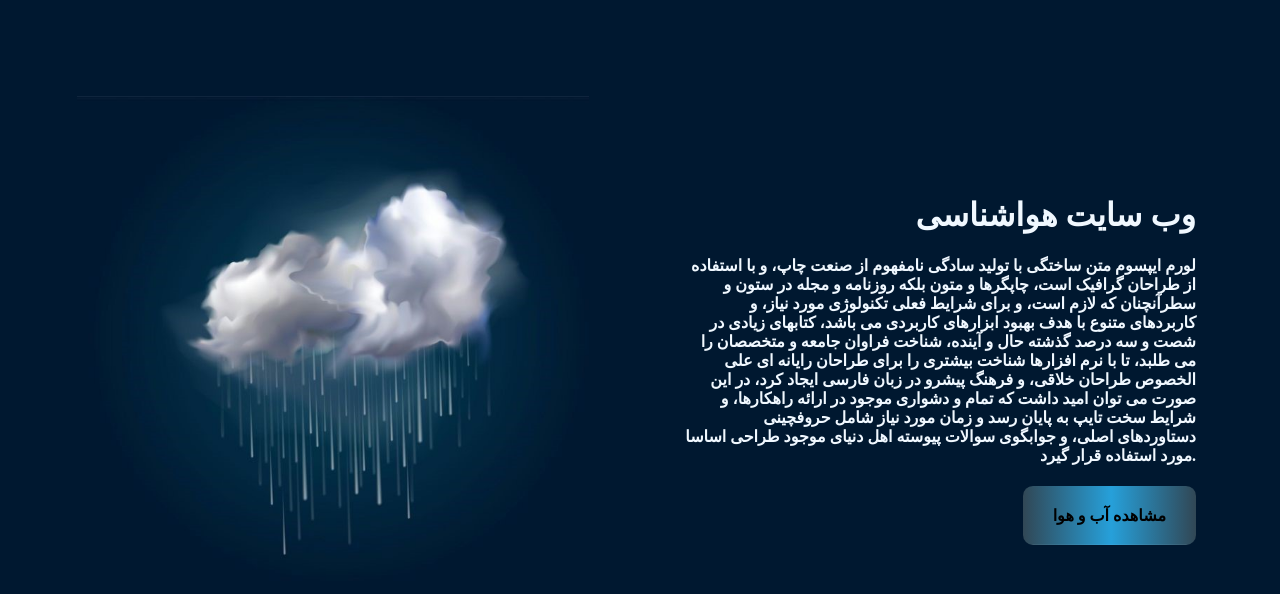
Repository: fateme81yosefi/weather
Page: landing/Landing.html
The author's editor kept a copy of each file at every save. The page is drawn from the files as they stood at one save, then again after a run of saves.
The browser window is 1280 px wide. The pictures show the whole page.
Some web fonts or font styles are not loaded; a fallback is used.

Above is the page before, as saved 2025-02-02 16:55:40.

After the next 3 saves:
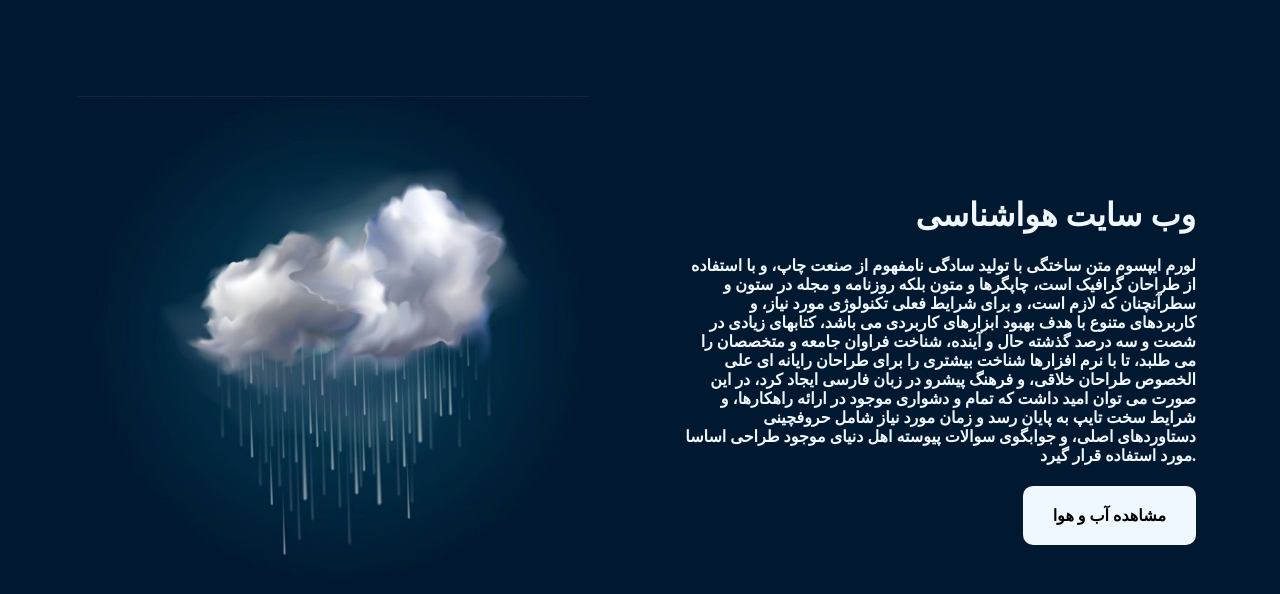
The 3 saves are shown as one change because they came seconds apart.
The last was saved 70 s later.
--- a/landing/style/landing.css
+++ b/landing/style/landing.css
@@ -42,17 +42,9 @@ body {
   font-family: vazir;
   font-weight: bold;
   font-size: medium;
-  background-image: linear-gradient(to right, #314755 0%, #26a0da  51%, #314755  100%);
-  transition: 0.5s;
 
 }
 
-
- .go-to-weather:hover {
-   background-position: right center;
-   color: #fff;
-   text-decoration: none;
- }
 
 @media screen and (min-width: 1200px) {
   .container-landing {
